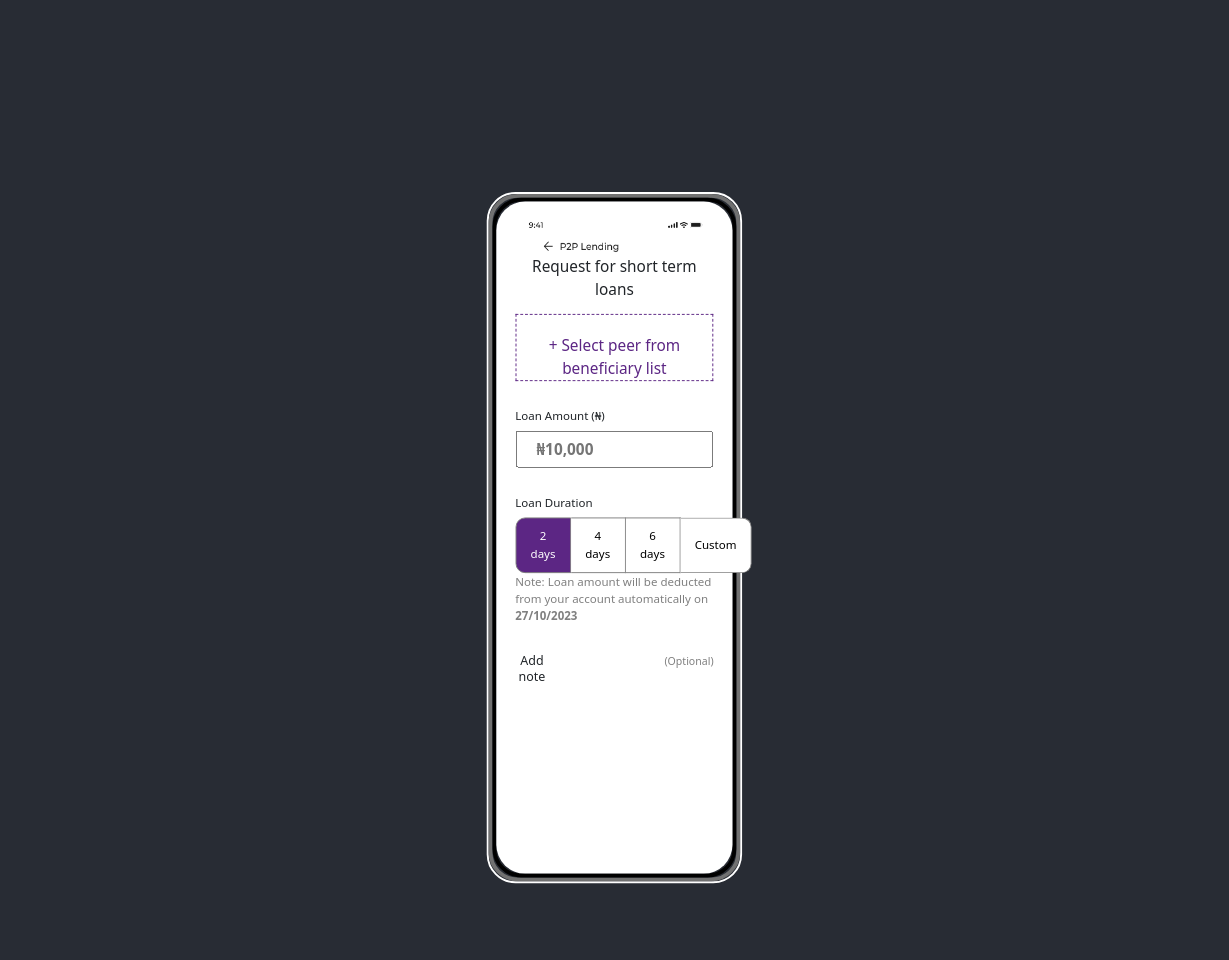
Repository: sarahnnanyelugo/fcmb-hackathon
Page: /loan-interface
An editor plug-in stored every save of this project. The page is shown before and after the next save, followed by the edit.
The browser window is 1280 px wide. The pictures show the whole page, at 96% of full size.
The project was rebuilt for these pictures with package versions that can differ from the ones it lists, and the page was loaded fresh each time. Also part of the build but not shown: src/Pages/Home.js.

Above is the page before, as saved 2023-10-28 22:10:12.

After the next save:
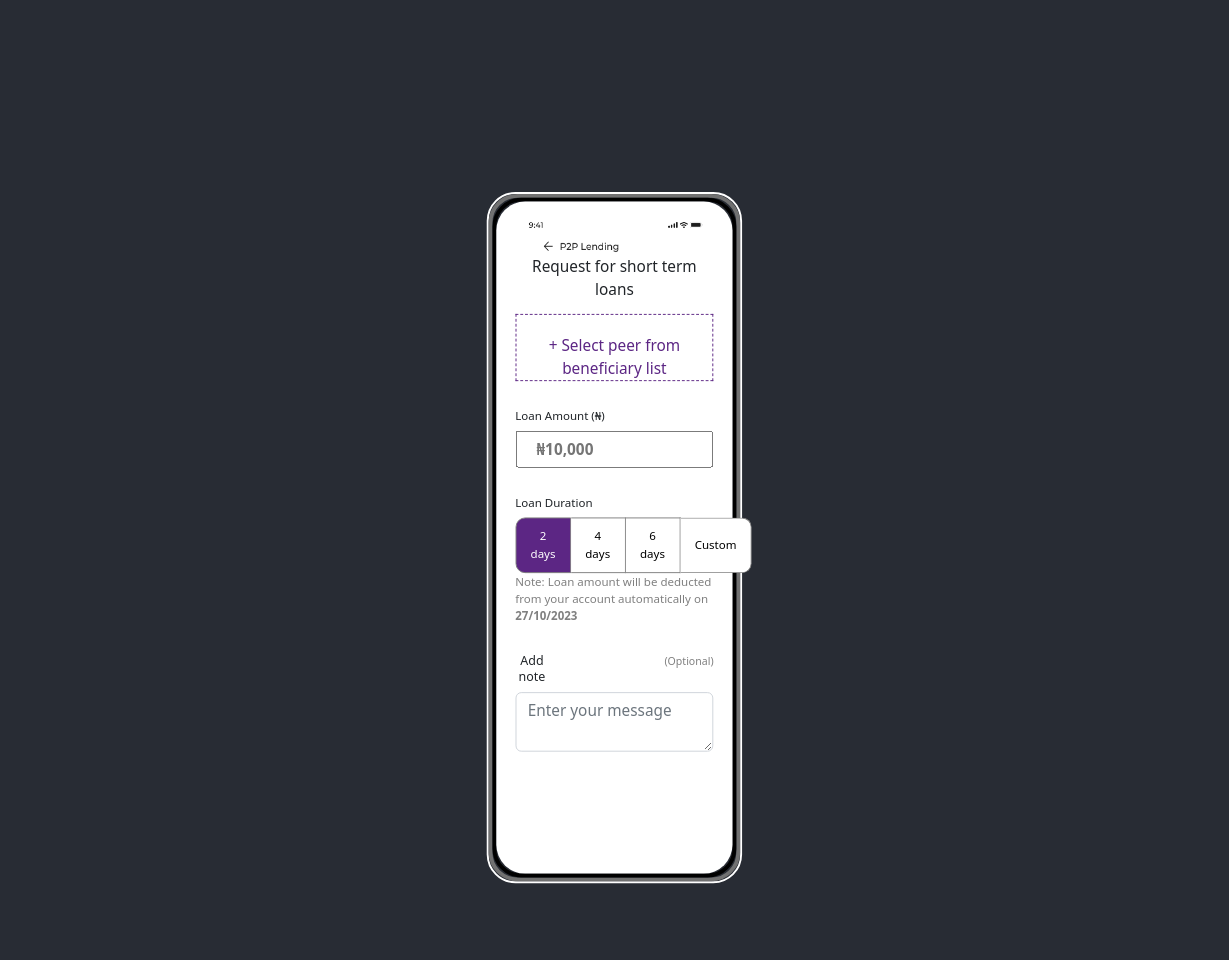
Saved 77 s later.
--- a/src/Pages/LoanInterface.js
+++ b/src/Pages/LoanInterface.js
@@ -95,6 +95,10 @@ function LoanInterface() {
                           <h6>Add note</h6>
                           <small className="offset-md-7">(Optional)</small>
                         </div>
+                        <textarea
+                          placeholder="Enter your message"
+                          className="form-control"
+                        />
                       </div>
                     </div>
                   </div>
